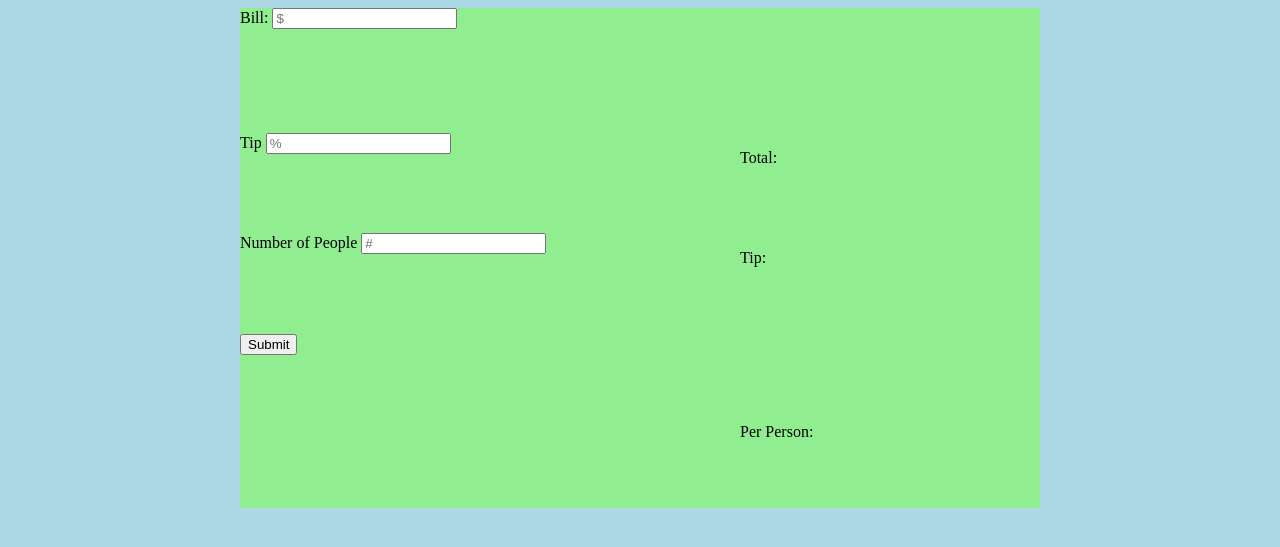
Repository: SamirIngley/Tip-Calculator
Page: tip_display.html
These files come from the project's save history. The page is drawn as it stood at one moment and after the next save; the edit follows.
The browser window is 1280 px wide. The pictures show the whole page.

Above is the page before, as saved 2020-02-13 09:59:13.

After the next save:
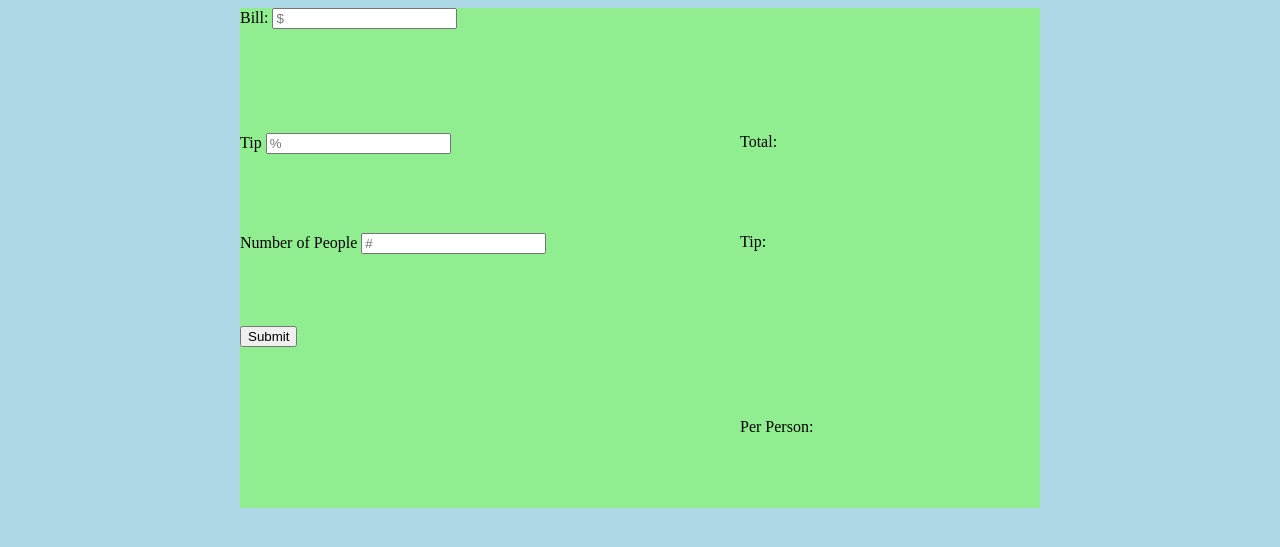
Saved 19 s later.
--- a/tip_display.html
+++ b/tip_display.html
@@ -29,17 +29,17 @@
             <input type="submit" name="submit" value="Submit">
         </div>
 
-        <p id='tip-display' class="tip-disp">
+        <div id='tip-display' class="tip-disp">
             Tip:
-        </p>
+        </div>
 
-        <p id='total-display' class="total-disp">
+        <div id='total-display' class="total-disp">
             Total:
-        </p>
+        </div>
 
-        <p id='total-pp-display' class="pp-disp">
+        <div id='total-pp-display' class="pp-disp">
             Per Person:
-        </p>
+        </div>
 
     </div>
 
